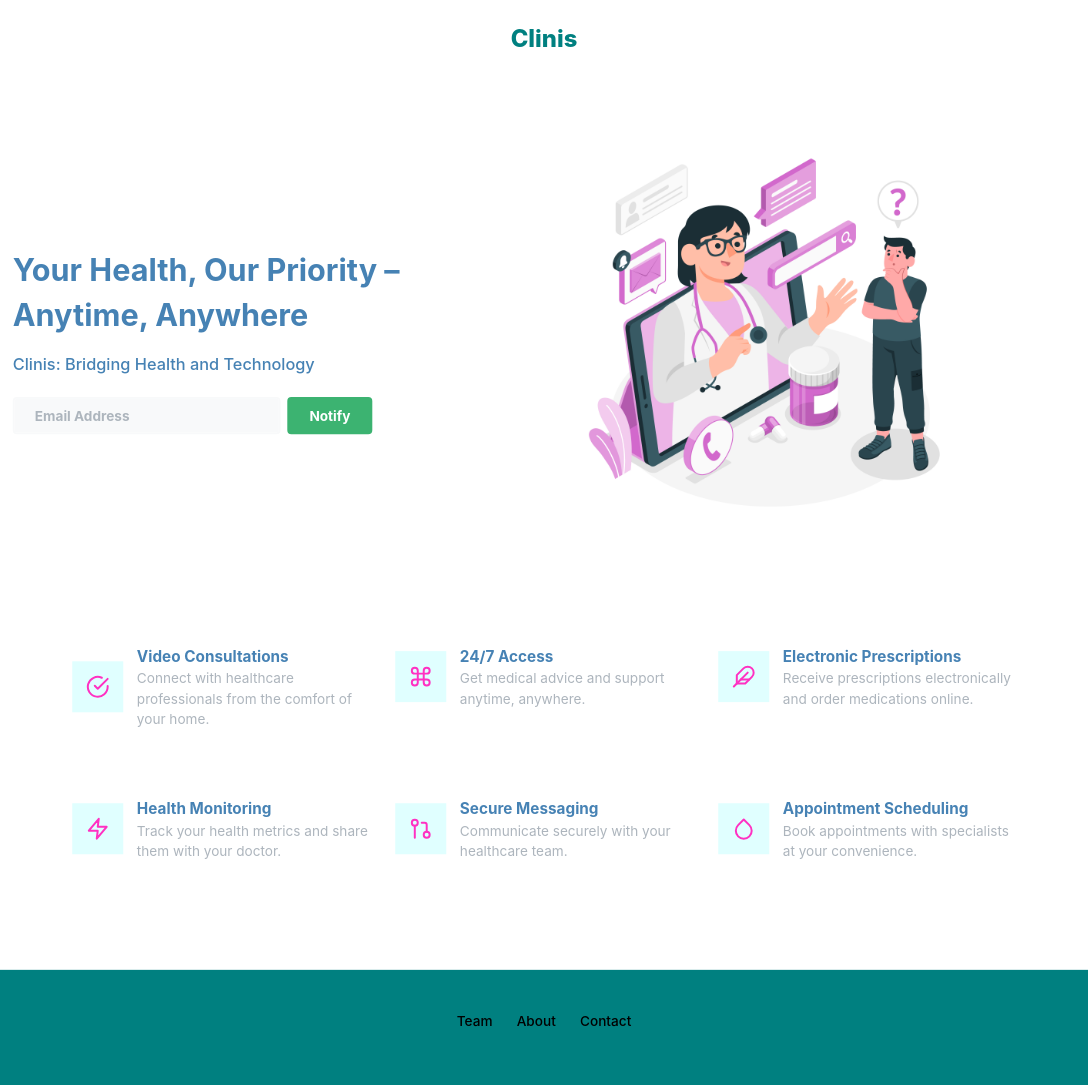
Repository: Rupak09/demo1
Page: index.html
The author's editor kept a copy of each file at every save. The page is drawn from the files as they stood at one save, then again after the next save.
The browser window is 1280 px wide. The pictures show the whole page, at 85% of full size.
Some web fonts or font styles are not loaded; a fallback is used. Some web libraries are served in a nearby version.

Above is the page before, as saved 2024-12-28 14:31:12.

After the next save:
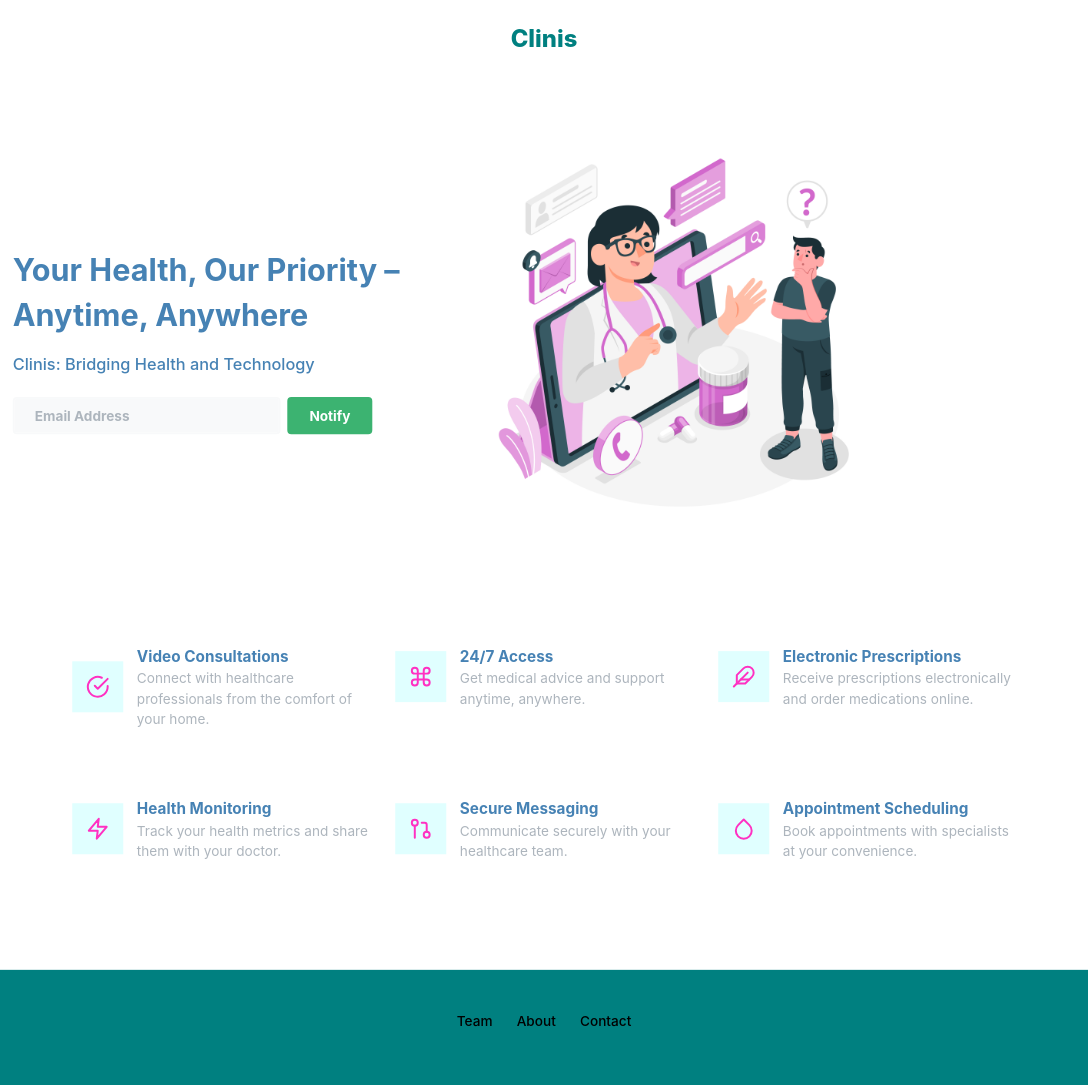
Saved 19 s later.
--- a/index.html
+++ b/index.html
@@ -75,7 +75,7 @@
             </div>
         </div>
         <div class="row mt-6">
-            <div class="col-md-6 order-3 order-md-1 my-auto">
+            <div class="col-md-5 order-3 order-md-1 my-auto">
                 <p class="lead mb-4"></p>
                 <h1>Your Health, Our Priority – Anytime, Anywhere</h1>
                 <p class="lead mb-4">
